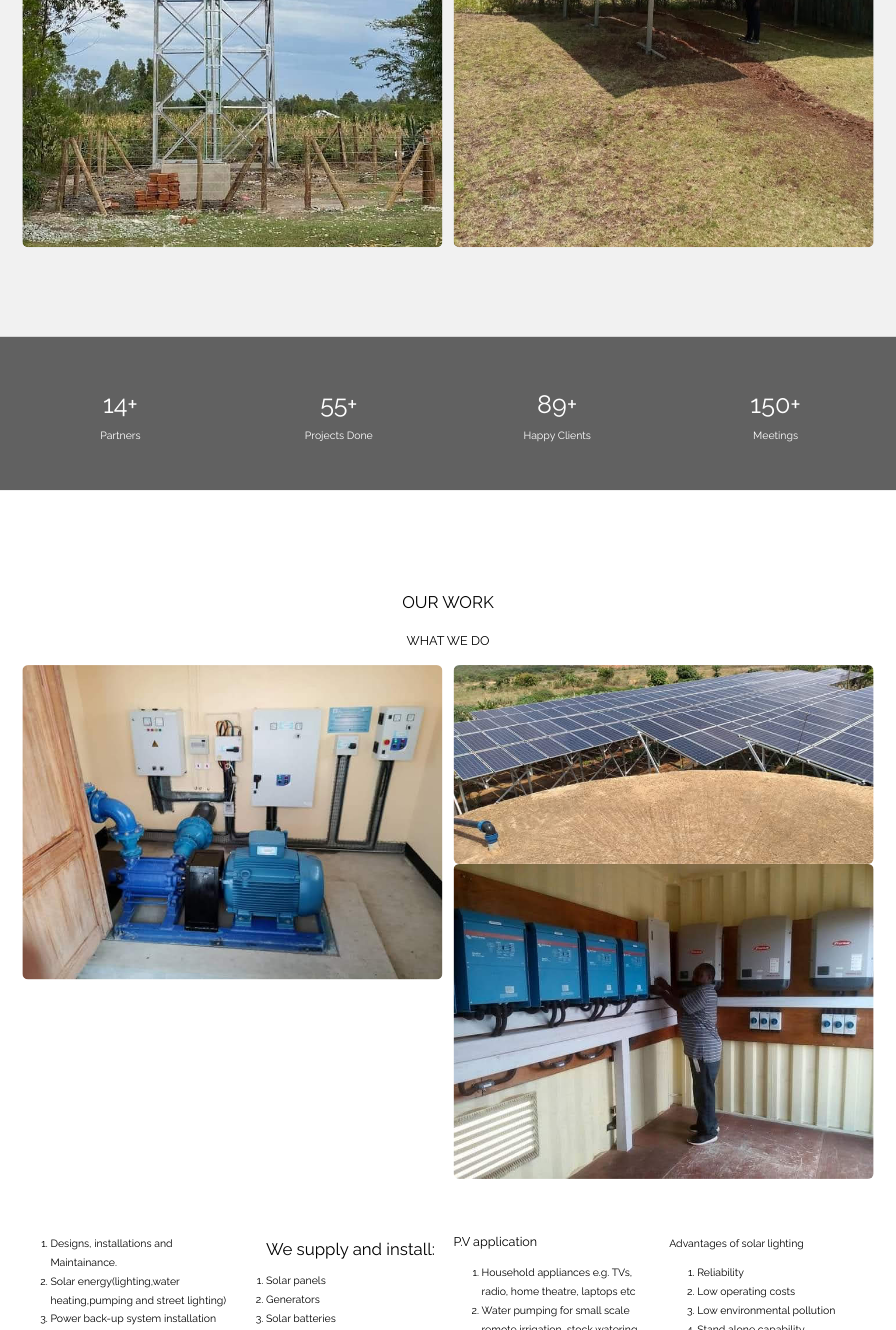
Repository: peterclermy232/LAZCOM
Page: index.html
An editor plug-in stored every save of this project. The page is shown before and after the next save, followed by the edit.
The browser window is 1280 px wide. The pictures show the part of the page from y = 3073 to 4973 px (the page is 7618 px tall before and 7393 px after), at 70% of full size.
A picture or video elsewhere on the page could not be fetched, so the positions and the page height are approximate.

Above is the page before, as saved 2022-06-23 08:41:58.

After the next save:
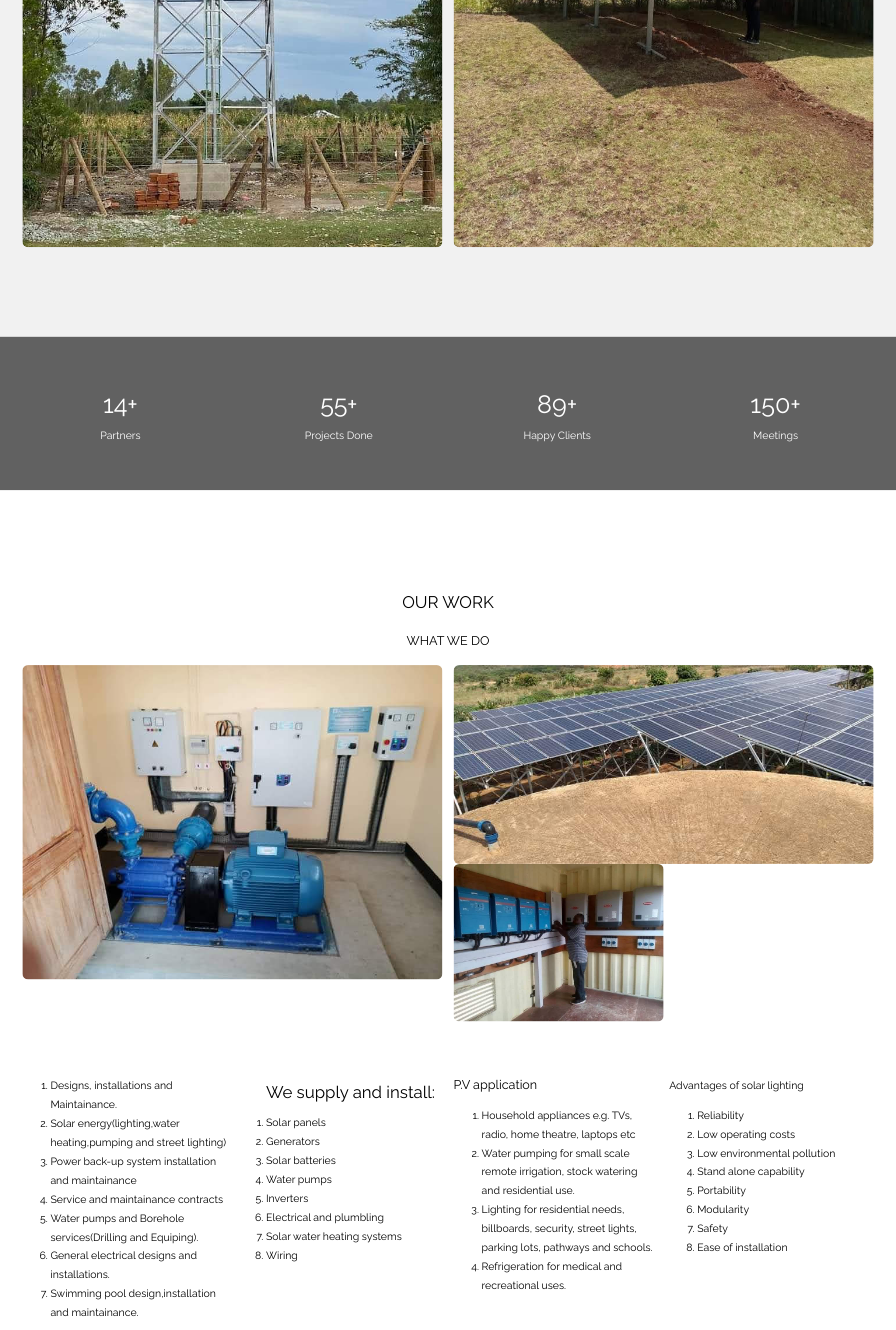
Saved 34 s later.
--- a/index.html
+++ b/index.html
@@ -194,7 +194,7 @@
       <img class="w3-image w3-round-large" src="images/solarstand.jpeg" alt="Buildings" width="700" height="394">
     </div>
     <div class="w3-col m6">
-      <img class="w3-image w3-round-large" src="images/person1.jpeg" alt="Buildings" width="700" height="394">
+      <img class="w3-image w3-round-large" src="images/person1.jpeg" alt="Buildings" width="300" height="394">
     </div>
 
   </div>

After the 2 saves that followed:
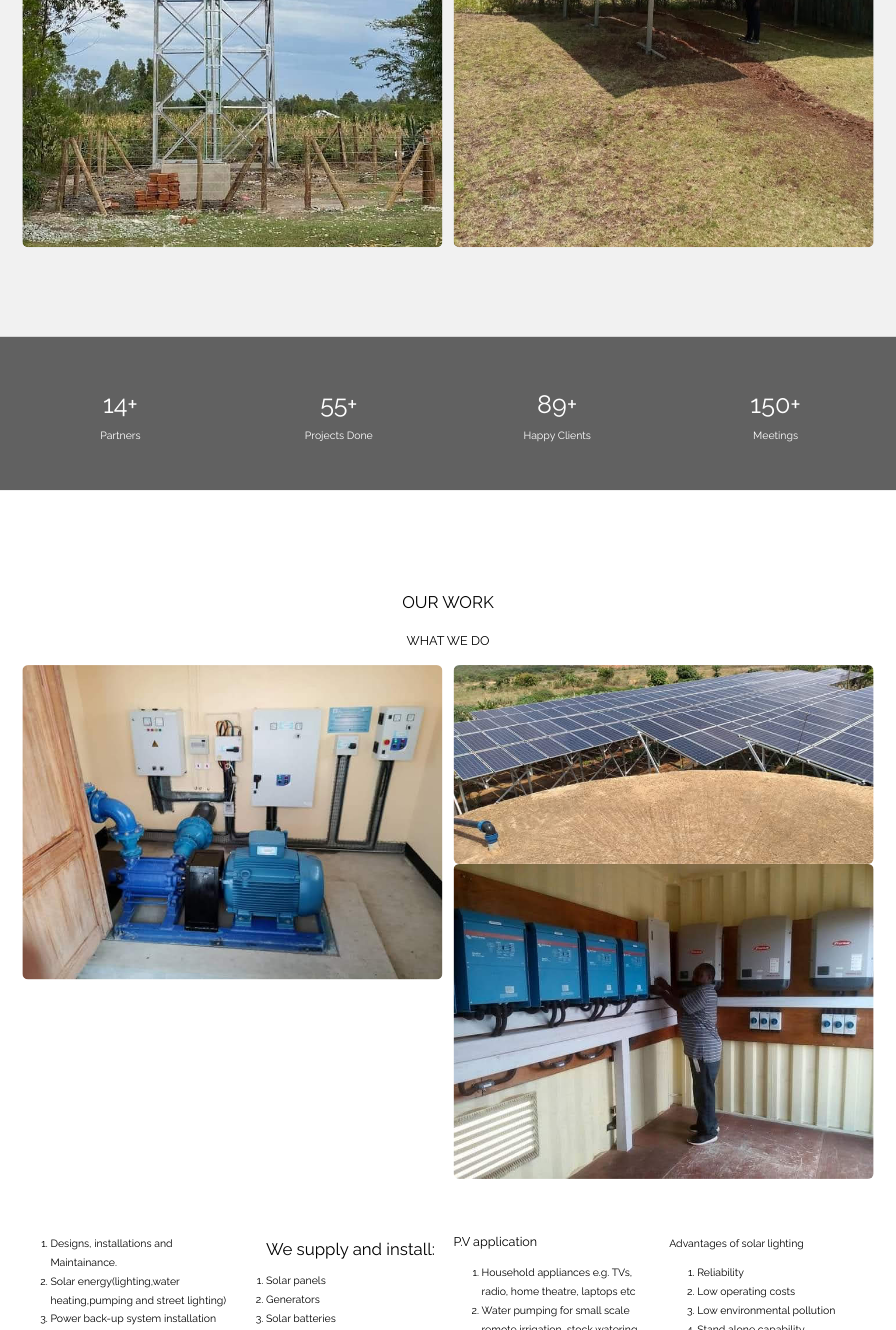
The 2 saves are shown as one change because they came seconds apart.
The last was saved 31 s later.
--- a/index.html
+++ b/index.html
@@ -194,7 +194,7 @@
       <img class="w3-image w3-round-large" src="images/solarstand.jpeg" alt="Buildings" width="700" height="394">
     </div>
     <div class="w3-col m6">
-      <img class="w3-image w3-round-large" src="images/person1.jpeg" alt="Buildings" width="300" height="394">
+      <img class="w3-image w3-round-large" src="images/person1.jpeg" alt="Buildings" width="700" height="394">
     </div>
 
   </div>
